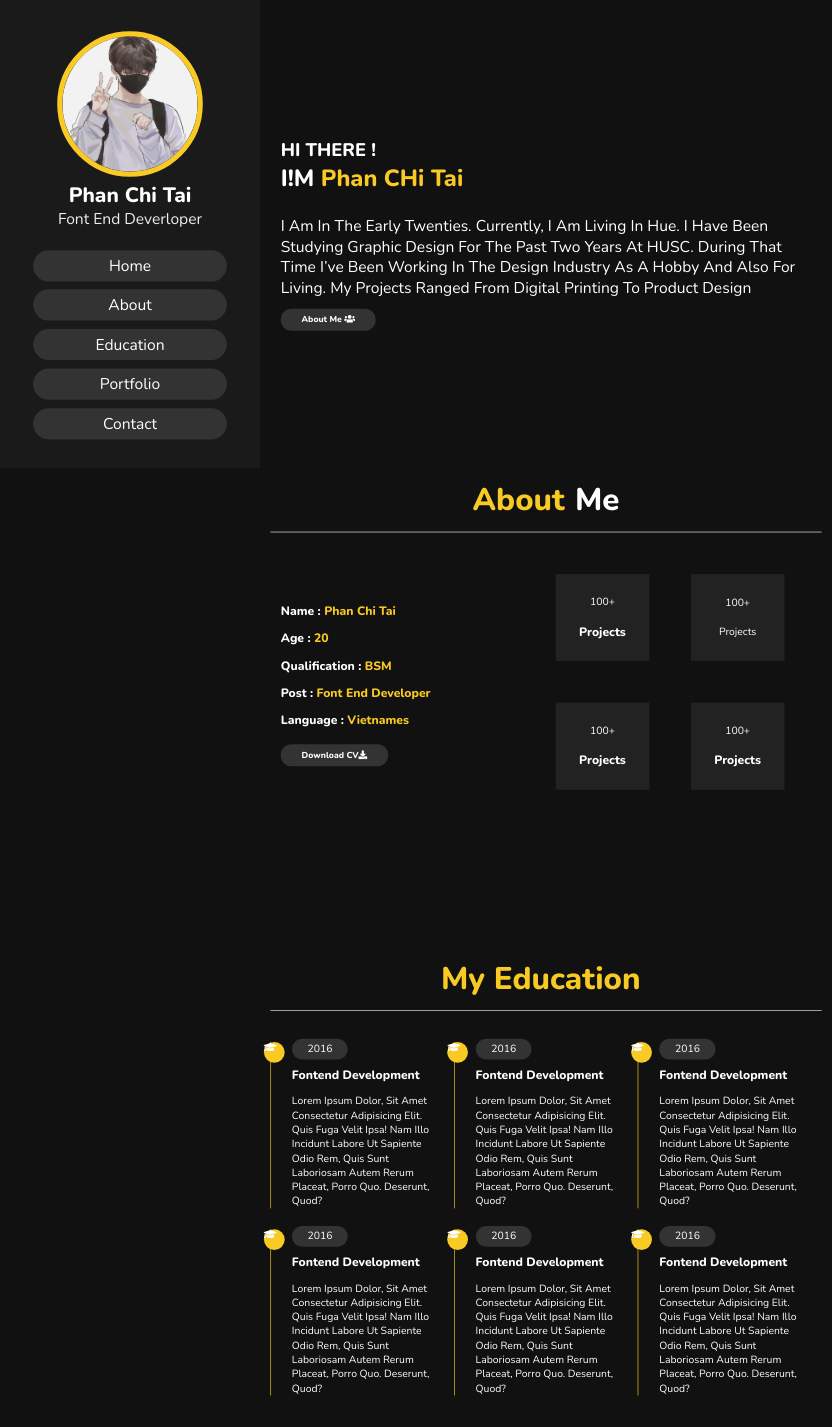
Repository: PCTai/My-profile
Page: index.html
The author's editor kept a copy of each file at every save. The page is drawn from the files as they stood at one save, then again after the next save.
The browser window is 1280 px wide. The pictures show the whole page, at 65% of full size.

Above is the page before, as saved 2022-01-12 08:37:08.

After the next save:
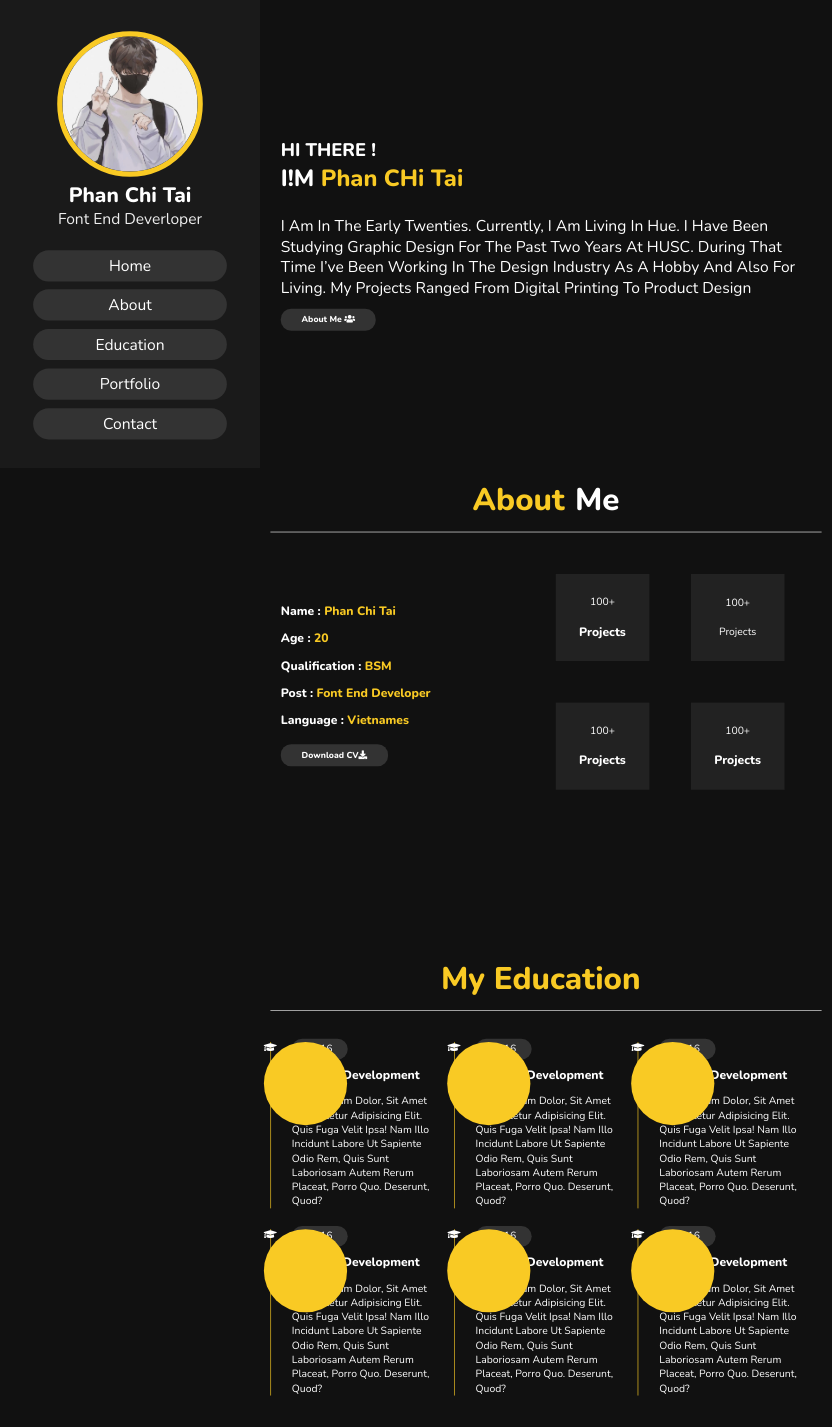
Saved 17 s later.
--- a/assets/css/style.css
+++ b/assets/css/style.css
@@ -217,8 +217,8 @@ section{
 .box-e i{
     position: absolute;
     left: -0.7rem;
-    width: 2rem;
-    height: 2rem;
+    width: 8rem;
+    height: 8rem;
     border-radius: 50%;
     background-color: var(--yellow);
 }
